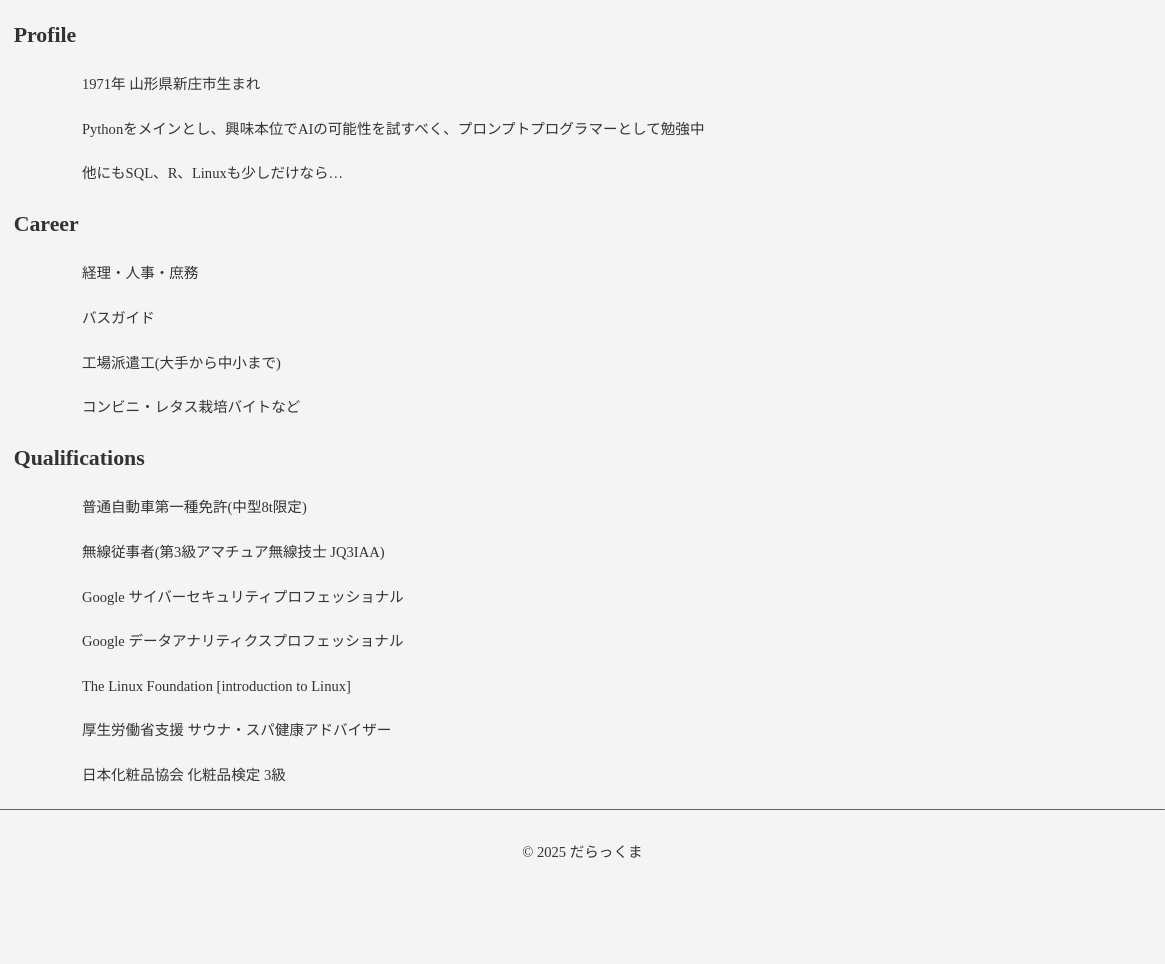
Repository: rydeen7907/html
Page: profile.html
The author's editor kept a copy of each file at every save. The page is drawn from the files as they stood at one save, then again after a run of saves.
The browser window is 1280 px wide. The pictures show the whole page, at 91% of full size.

Above is the page before, as saved 2025-04-27 17:54:26.

After the next 2 saves:
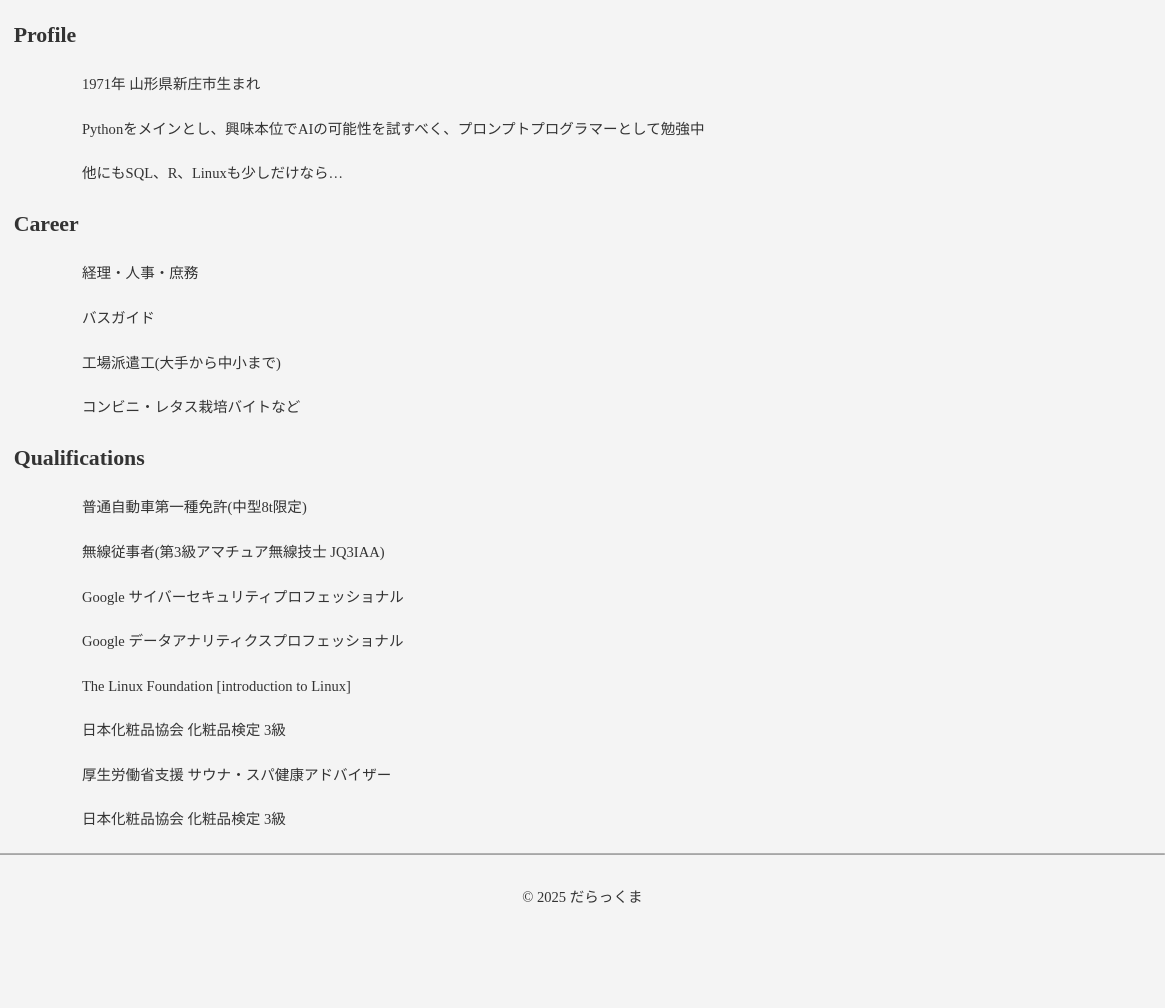
The 2 saves are shown as one change because they came seconds apart.
The last was saved 71 s later.
--- a/profile.html
+++ b/profile.html
@@ -30,6 +30,7 @@
         <p>Google サイバーセキュリティプロフェッショナル</p>
         <p>Google データアナリティクスプロフェッショナル</p>
         <p>The Linux Foundation [introduction to Linux]</p>
+        <p>日本化粧品協会 化粧品検定 3級</p>
         <p>厚生労働省支援 サウナ・スパ健康アドバイザー</p>
         <p>日本化粧品協会 化粧品検定 3級</p>
         </ul>
